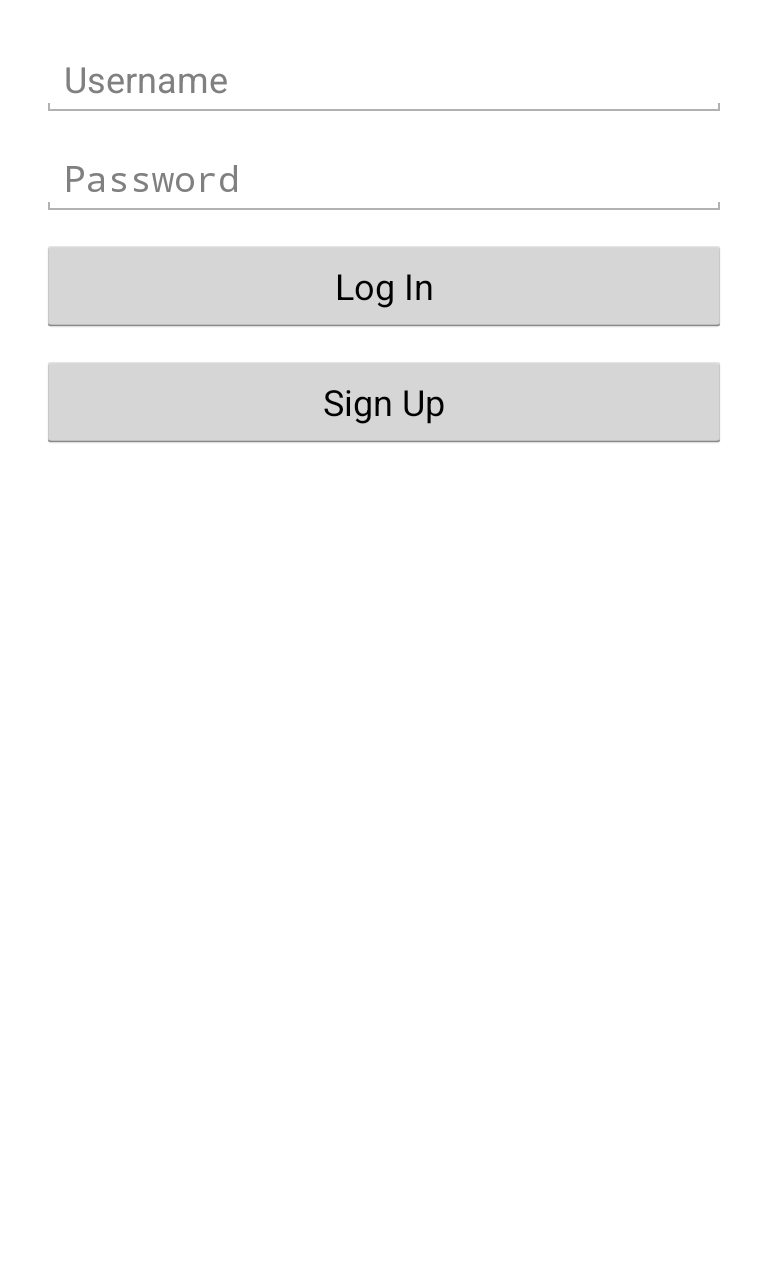
Repository: efreestone/CPM_Freestone
Layout: Project1Android/res/layout/activity_login.xml
These files come from the project's save history. The layout is drawn as it stood at one moment and after the next save; the edit follows.
It is drawn on a 768 x 1280 px phone screen (xhdpi) without system bars, with theme AppTheme; the app's code is not run.

Above is the layout before, as saved 2014-10-02 01:04:58.

### Project1Android/res/layout/activity_login.xml
<RelativeLayout xmlns:android="http://schemas.android.com/apk/res/android"
    android:layout_width="fill_parent"
    android:layout_height="fill_parent"
    android:orientation="vertical"
    android:padding="20dp" >

    <EditText
        android:id="@+id/usernameEditText"
        android:layout_width="fill_parent"
        android:layout_height="wrap_content"
        android:hint="@string/usernameTitleText"
        android:inputType="text" />

    <EditText
        android:id="@+id/passwordEditText"
        android:layout_width="fill_parent"
        android:layout_height="wrap_content"
        android:layout_below="@id/usernameEditText"
        android:layout_marginTop="10dp"
        android:hint="@string/passwordTitleText"
        android:inputType="textPassword" />

    <Button
        android:id="@+id/loginButton"
        android:layout_width="fill_parent"
        android:layout_height="wrap_content"
        android:layout_below="@id/passwordEditText"
        android:layout_marginTop="10dp"
        android:text="@string/loginButtonText" />

    <Button
        android:id="@+id/signupButton"
        android:layout_width="fill_parent"
        android:layout_height="wrap_content"
        android:layout_below="@id/loginButton"
        android:layout_marginTop="10dp"
        android:text="@string/signupButtonText" />

</RelativeLayout>

### Project1Android/res/values/strings.xml
<?xml version="1.0" encoding="utf-8"?>
<resources>

    <string name="app_name">Project1Android</string>
    <string name="hello_world">Hello world!</string>
    <string name="action_settings">Settings</string>
    <string name="newPlusButton">New Client</string>
    <string name="logoutButtonText">Log Out</string>

    <string name="loginButtonText">Log In</string>
    <string name="signupButtonText">Sign Up</string>

    <string name="usernameTitleText">Username</string>
    <string name="passwordTitleText">Password</string>
</resources>

Loaded but not shown: Project1Android/res/values/styles.xml (common file); Project1Android/res/values-v11/styles.xml (common file); Project1Android/res/values-v14/styles.xml (common file)

After the next save:
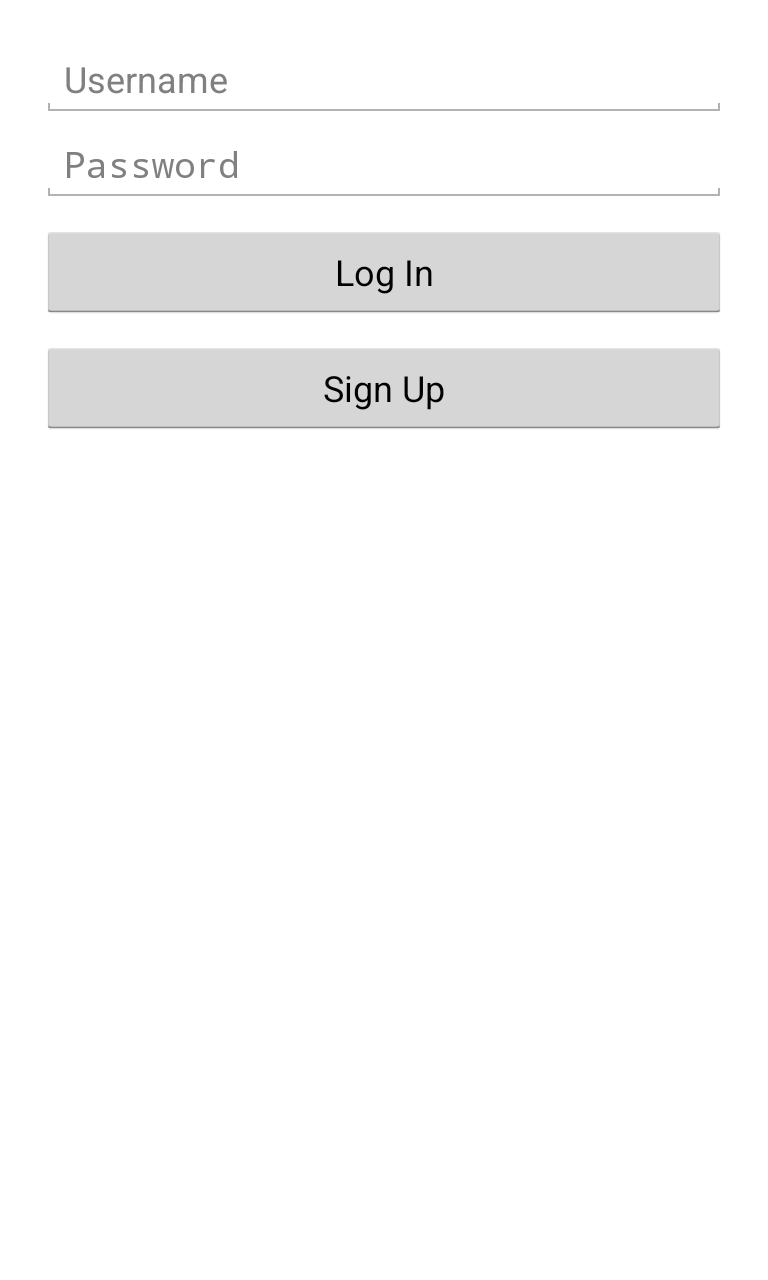
Saved 18 s later.
--- a/Project1Android/res/layout/activity_login.xml
+++ b/Project1Android/res/layout/activity_login.xml
@@ -16,7 +16,7 @@
         android:layout_width="fill_parent"
         android:layout_height="wrap_content"
         android:layout_below="@id/usernameEditText"
-        android:layout_marginTop="10dp"
+        android:paddingTop="10dp"
         android:hint="@string/passwordTitleText"
         android:inputType="textPassword" />
 
